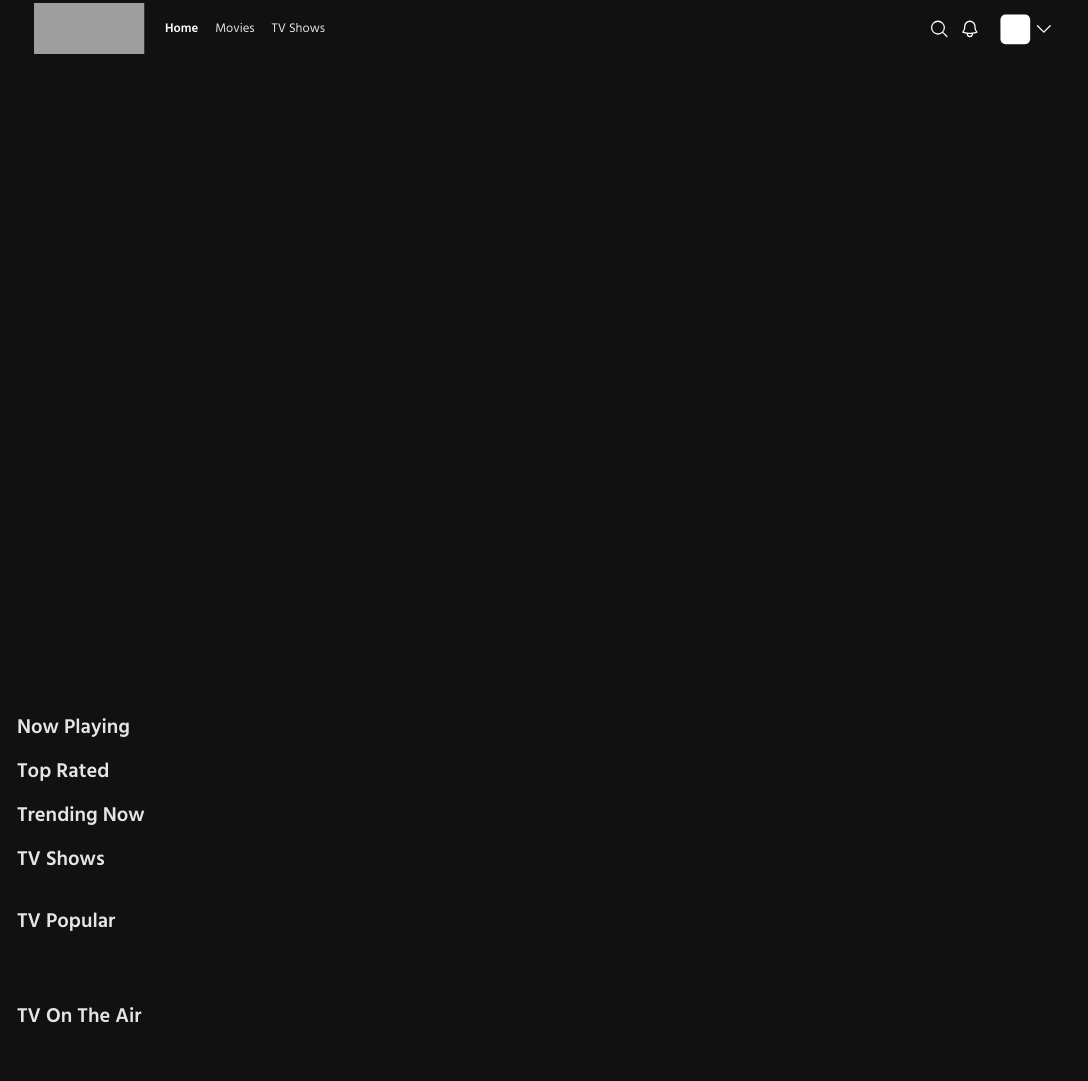
Repository: quynguyenn97/react-movie-app
Page: /
An editor plug-in stored every save of this project. The page is shown before and after the next save, followed by the edit.
The browser window is 1280 px wide. The pictures show the part of the page from y = 0 to 1272 px (the page is 1792 px tall before and 1772 px after), at 85% of full size.
Pictures or frames that could not be fetched are drawn as grey boxes. The page's requests for data from a server got no answer. The project was rebuilt for these pictures with package versions that can differ from the ones it lists, and the page was loaded fresh each time. No one was signed in, and anything a server would have sent is missing. Also part of the build but not shown: src/banner/Banner.scss, src/hook/useDebounce.js, src/components/button/Button.js, src/components/shows/ShowsCard.js, src/pages/ShowPage.js, src/pages/ShowDetailPage.js, src/components/movie/MovieCard.scss.

Above is the page before, as saved 2022-10-19 18:49:14.

### public/index.html
<!DOCTYPE html>
<html lang="en">
    <head>
        <meta charset="utf-8" />
        <link rel="icon" href="%PUBLIC_URL%/favicon.ico" />
        <meta name="viewport" content="width=device-width, initial-scale=1" />
        <meta name="theme-color" content="#000000" />
        <meta
            name="description"
            content="Web site created using create-react-app" />
        <link rel="apple-touch-icon" href="%PUBLIC_URL%/logo192.png" />
        <!--
      manifest.json provides metadata used when your web app is installed on a
      user's mobile device or desktop. See https://developers.google.com/web/fundamentals/web-app-manifest/
    -->
        <link rel="manifest" href="%PUBLIC_URL%/manifest.json" />
        <!--
      Notice the use of %PUBLIC_URL% in the tags above.
      It will be replaced with the URL of the `public` folder during the build.
      Only files inside the `public` folder can be referenced from the HTML.

      Unlike "/favicon.ico" or "favicon.ico", "%PUBLIC_URL%/favicon.ico" will
      work correctly both with client-side routing and a non-root public URL.
      Learn how to configure a non-root public URL by running `npm run build`.
    -->
        <link rel="preconnect" href="https://fonts.googleapis.com" />
        <link rel="preconnect" href="https://fonts.gstatic.com" crossorigin />
        <link
            href="https://fonts.googleapis.com/css2?family=Hind:wght@400;500;600&display=swap"
            rel="stylesheet" />
        <title>React App</title>
    </head>
    <body>
        <noscript>You need to enable JavaScript to run this app.</noscript>
        <div id="root"></div>
        <!--
      This HTML file is a template.
      If you open it directly in the browser, you will see an empty page.

      You can add webfonts, meta tags, or analytics to this file.
      The build step will place the bundled scripts into the <body> tag.

      To begin the development, run `npm start` or `yarn start`.
      To create a production bundle, use `npm run build` or `yarn build`.
    --></body>
</html>

### src/index.js
import React from "react";
import ReactDOM from "react-dom/client";
import "./index.scss";
import App from "./App";
import reportWebVitals from "./reportWebVitals";
import { BrowserRouter } from "react-router-dom";

const root = ReactDOM.createRoot(document.getElementById("root"));
root.render(
    <BrowserRouter>
        <React.StrictMode>
            <App />
        </React.StrictMode>
    </BrowserRouter>
);

// If you want to start measuring performance in your app, pass a function
// to log results (for example: reportWebVitals(console.log))
// or send to an analytics endpoint. Learn more: https://bit.ly/CRA-vitals
reportWebVitals();

### src/index.scss
@tailwind base;
@tailwind components;
@tailwind utilities;

@layer base {
    body {
        @apply bg-[#111111] font-body   text-white;
    }
}
@layer components {
    .page-container {
        max-width: 1280px;
        @apply mx-auto;
    }
    .movie-list .swiper-slide {
        width: 300px;
        height: auto;
    }
    .banner .swiper {
        height: 100%;
    }
    .btn {
        box-shadow: 0 0 3px 3px rgba(#fc2872, 0.3);
    }
    .btn-custom {
        background: linear-gradient(107.61deg, #00a7b4 15.59%, #a4d96c 87.25%);
        border-radius: 8px;
        box-shadow: 0 0 3px 3px rgba(#a4d96c, 0.3);
    }
    .contact :hover {
        color: #a4d96c;
    }
}
.pagination {
    display: none;
}
.skeleton {
    background-color: #eee;
    background-image: linear-gradient(
        110deg,
        #ececec 8%,
        #f5f5f5 18%,
        #ececec 33%
    );
    background-size: 200% 100%;
    animation: 1.5s shine linear infinite;
}

@keyframes shine {
    to {
        background-position-x: -200%;
    }
}
@media (min-width: 640px) {
    .pagination {
        display: flex;
        align-items: center;
        justify-content: center;
        gap: 20px;
        .selected {
            @apply text-primary;
        }
    }
}

### src/App.js
import { Fragment, lazy, Suspense } from "react";
import Banner from "./banner/Banner";
import "swiper/scss";
import "swiper/css/autoplay";
import { Route, Routes } from "react-router-dom";
import Main from "./layout/Main";
import ShowPage from "./pages/ShowPage";
import ShowDetailsPage from "./pages/ShowDetailPage";
const HomePage = lazy(() => import("./pages/HomePage"));
const MovieDetailsPage = lazy(() => import("./pages/MovieDetailsPage"));
const MoviePage = lazy(() => import("./pages/MoviePage"));

function App() {
    return (
        <Fragment>
            <Suspense fallback={<></>}>
                <Routes>
                    <Route element={<Main></Main>}>
                        <Route
                            path="/"
                            element={
                                <>
                                    <Banner></Banner>
                                    <HomePage></HomePage>
                                </>
                            }></Route>
                        <Route
                            path="/movies"
                            element={<MoviePage></MoviePage>}></Route>
                        <Route
                            path="/movie/:movieId"
                            element={
                                <MovieDetailsPage></MovieDetailsPage>
                            }></Route>
                        <Route
                            path="/shows"
                            element={<ShowPage></ShowPage>}></Route>
                        <Route
                            path="/show/:showId"
                            element={
                                <ShowDetailsPage></ShowDetailsPage>
                            }></Route>
                    </Route>
                </Routes>
            </Suspense>
        </Fragment>
    );
}

export default App;

### src/layout/Main.js
import React, { Fragment } from "react";
import Header from "./Header";
import { Outlet } from "react-router-dom";
const Main = () => {
    return (
        <Fragment>
            <Header></Header>
            <Outlet></Outlet>
        </Fragment>
    );
};

export default Main;

### src/pages/HomePage.js
import React, { Fragment } from "react";
import MovieList from "../components/movie/MovieList";
import ShowsList from "../components/shows/ShowsList";
import Footer from "../layout/Footer";
const HomePage = () => {
    return (
        <Fragment>
            <section className="movies-layout px-5 pb-5">
                <h2 className="text-[#e5e5e5] capitalize text-2xl  sm:text-2xl font-bold">
                    Now playing
                </h2>
                <MovieList></MovieList>
                <div className="movie-list grid grid-cols-4 gap-10 px-5"></div>
            </section>
            <section className="movies-layout px-5 pb-5">
                <h2 className="text-[#e5e5e5] capitalize  text-2xl sm:text-2xl font-bold">
                    Top Rated
                </h2>
                <MovieList type="top_rated"></MovieList>
            </section>
            <section className="movies-layout px-5 pb-5">
                <h2 className="text-[#e5e5e5] capitalize text-2xl sm:text-2xl font-bold">
                    Trending Now
                </h2>
                <MovieList type="popular"></MovieList>
            </section>

            <section className="movies-layout px-5 pb-10">
                <h2 className="text-[#e5e5e5] capitalizetext-2xl sm:text-2xl font-bold">
                    TV Shows
                </h2>
                <ShowsList></ShowsList>
            </section>
            <section className="movies-layout px-5 pb-20">
                <h2 className="text-[#e5e5e5] capitalize text-2xl sm:text-2xl font-bold">
                    TV Popular
                </h2>
                <ShowsList type="popular"></ShowsList>
            </section>
            <section className="movies-layout px-5 pb-20">
                <h2 className="text-[#e5e5e5] capitalize text-2xl sm:text-2xl font-bold">
                    TV On The Air
                </h2>
                <ShowsList type="on_the_air"></ShowsList>
            </section>
            <Footer />
        </Fragment>
    );
};

export default HomePage;

### src/config.js
export const fetcher = (...args) => fetch(...args).then((res) => res.json());
export const apiKey = "5b6bd71d2eb24fb649d55629a64802ff";
const tmdbEndpoint = "https://api.themoviedb.org/3/movie";
const tmdbEndpointTV = "https://api.themoviedb.org/3/tv";
const tmdbEndpointSearch = "https://api.themoviedb.org/3/search/movie";
const tmdbEndpointSearchTV = "https://api.themoviedb.org/3/search/tv";
export const tmdbAPI = {
    getMovieList: (type, page = 2) =>
        `${tmdbEndpoint}/${type}?api_key=${apiKey}&page=${page}`,
    getMovieDetails: (movieId) =>
        `${tmdbEndpoint}/${movieId}?api_key=${apiKey}`,
    getMovieMeta: (movieId, type) =>
        `${tmdbEndpoint}/${movieId}/${type}?api_key=${apiKey}`,
    getMovieSearch: (query, page) =>
        `${tmdbEndpointSearch}?api_key=${apiKey}&query=${query}&page=${page}`,
    getTVList: (type, page = 1) =>
        `${tmdbEndpointTV}/${type}?api_key=${apiKey}&page=${page}`,
    getTVSearch: (query, page) =>
        `${tmdbEndpointSearchTV}?api_key=${apiKey}&query=${query}&page=${page}`,
    getTVDetails: (showId) => `${tmdbEndpointTV}/${showId}?api_key=${apiKey}`,
    getTVMeta: (showId, type) =>
        `${tmdbEndpointTV}/${showId}/${type}?api_key=${apiKey}`,

    imageOriginal: (url) => `https://image.tmdb.org/t/p/original/${url}`,
    image500: (url) => `https://image.tmdb.org/t/p/w500/${url}`,
};

### src/components/movie/MovieList.js
import React, { useEffect, useState } from "react";
import { SwiperSlide, Swiper } from "swiper/react";
import useSWR from "swr";
import { fetcher } from "../../config";
import MovieCard, { MovieCardSkeleton } from "./MovieCard";
import { tmdbAPI } from "../../config";

const MovieList = ({ type = "now_playing" }) => {
    const { data, error } = useSWR(tmdbAPI.getMovieList(type), fetcher);
    const isLoading = !data && !error;
    const movie = data?.results || [];
    return (
        <div className="movie-list">
            {isLoading && (
                <>
                    <Swiper
                        grabCursor={"true"}
                        spaceBetween={40}
                        slidesPerView={"auto"}>
                        <SwiperSlide>
                            <MovieCardSkeleton></MovieCardSkeleton>
                        </SwiperSlide>
                        <SwiperSlide>
                            <MovieCardSkeleton></MovieCardSkeleton>
                        </SwiperSlide>
                        <SwiperSlide>
                            <MovieCardSkeleton></MovieCardSkeleton>
                        </SwiperSlide>
                        <SwiperSlide>
                            <MovieCardSkeleton></MovieCardSkeleton>
                        </SwiperSlide>
                        <SwiperSlide>
                            <MovieCardSkeleton></MovieCardSkeleton>
                        </SwiperSlide>
                    </Swiper>
                </>
            )}
            {!isLoading && (
                <Swiper
                    grabCursor={"true"}
                    spaceBetween={10}
                    slidesPerView={"auto"}>
                    {movie &&
                        movie.length > 0 &&
                        movie.map((item) => {
                            return (
                                <SwiperSlide key={`movie-${item.id}`}>
                                    <MovieCard item={item}></MovieCard>
                                </SwiperSlide>
                            );
                        })}
                </Swiper>
            )}
        </div>
    );
};

export default MovieList;

### src/components/shows/ShowsList.js
import React from "react";
import { SwiperSlide, Swiper } from "swiper/react";
import useSWR from "swr";
import { fetcher } from "../../config";
import { MovieCardSkeleton } from "../movie/MovieCard";
import { tmdbAPI } from "../../config";
import ShowsCard from "./ShowsCard";

const ShowList = ({ type = "top_rated" }) => {
    const { data, error } = useSWR(tmdbAPI.getTVList(type), fetcher);
    const isLoading = !data && !error;
    const show = data?.results || [];
    return (
        <div className="movie-list">
            {isLoading && (
                <>
                    <Swiper
                        grabCursor={"true"}
                        spaceBetween={40}
                        slidesPerView={"auto"}>
                        <SwiperSlide>
                            <MovieCardSkeleton></MovieCardSkeleton>
                        </SwiperSlide>
                        <SwiperSlide>
                            <MovieCardSkeleton></MovieCardSkeleton>
                        </SwiperSlide>
                        <SwiperSlide>
                            <MovieCardSkeleton></MovieCardSkeleton>
                        </SwiperSlide>
                        <SwiperSlide>
                            <MovieCardSkeleton></MovieCardSkeleton>
                        </SwiperSlide>
                        <SwiperSlide>
                            <MovieCardSkeleton></MovieCardSkeleton>
                        </SwiperSlide>
                    </Swiper>
                </>
            )}
            {!isLoading && (
                <Swiper
                    grabCursor={"true"}
                    spaceBetween={40}
                    slidesPerView={"auto"}>
                    {show &&
                        show.length > 0 &&
                        show.map((item) => {
                            return (
                                <SwiperSlide key={`movie-${item.id}`}>
                                    <ShowsCard item={item}></ShowsCard>
                                </SwiperSlide>
                            );
                        })}
                </Swiper>
            )}
        </div>
    );
};

export default ShowList;

### src/layout/Footer.js
import React from "react";

const Footer = () => {
    return (
        <div className="w-full h-[500px] relative">
            <img
                src="https://movie-clone-sigma.vercel.app/static/media/footer-bg.67e95f05e76a8cebf7e2.jpg"
                alt=""
                className="object-cover h-[500px] w-full absolute"
            />
            <h3 className="text-[#fc2872] absolute text-2xl font-bold bottom-[45%] left-[25%] sm:left-[45%] contact">
                <a href="https://www.facebook.com/nguyenhoangtrongquy/">
                    Contact Me
                </a>
            </h3>
        </div>
    );
};

export default Footer;

### src/components/movie/MovieCard.js
import React from "react";
import { useNavigate } from "react-router-dom";
import Button from "../button/Button";
import { tmdbAPI } from "../../config";
import LoadingSkeleton from "../loading/LoadingSkeleton";
import "./MovieCard.scss";
const MovieCard = ({ item }) => {
    const { title, vote_average, release_date, poster_path, id } = item;
    const navigate = useNavigate();
    return (
        <div className="movie-card flex flex-col rounded-3xl pr-5 pt-8 pb-8 bg-[#111111] w-[290px] sm:w-full h-full text-white select-none">
            <img
                src={tmdbAPI.image500(poster_path)}
                alt=""
                className="w-full h-full object-cover rounded-3xl mb-2"
            />
            <div className="content-card">
                <div className="flex flex-col flex-1">
                    <h3 className="text-white font-bold text-lg">{title}</h3>
                    <div className="flex items-center justify-between text-sm  mb-3 text-white font-bold">
                        <span className="opacity-50">
                            {new Date(release_date).getFullYear()}
                        </span>
                        <div className="flex gap-1">
                            <span>
                                <svg
                                    xmlns="http://www.w3.org/2000/svg"
                                    fill="none"
                                    viewBox="0 0 24 24"
                                    strokeWidth="1.5"
                                    stroke="currentColor"
                                    className="w-4 h-4 text-yellow-500">
                                    <path
                                        strokeLinecap="round"
                                        strokeLinejoin="round"
                                        d="M11.48 3.499a.562.562 0 011.04 0l2.125 5.111a.563.563 0 00.475.345l5.518.442c.499.04.701.663.321.988l-4.204 3.602a.563.563 0 00-.182.557l1.285 5.385a.562.562 0 01-.84.61l-4.725-2.885a.563.563 0 00-.586 0L6.982 20.54a.562.562 0 01-.84-.61l1.285-5.386a.562.562 0 00-.182-.557l-4.204-3.602a.563.563 0 01.321-.988l5.518-.442a.563.563 0 00.475-.345L11.48 3.5z"
                                    />
                                </svg>
                            </span>
                            <span className="text-yellow-500">
                                {Math.ceil(vote_average)}
                            </span>
                        </div>
                    </div>
                    <Button
                        bgColor="primary"
                        className="btn-card"
                        onClick={() => navigate(`/movie/${id}`)}>
                        Watch now
                    </Button>
                </div>
            </div>
        </div>
    );
};
export default MovieCard;
export const MovieCardSkeleton = () => {
    return (
        <div className="movie-card flex flex-col rounded-lg p-3 bg-slate-800 text-white h-full select-none">
            <LoadingSkeleton
                width="100%"
                height="250px"
                radius="8px"
                className="mb-5"></LoadingSkeleton>
            <div className="flex flex-col flex-1">
                <h3 className="text-xl font-bold mb-3">
                    <LoadingSkeleton
                        width="100%"
                        height="20px"></LoadingSkeleton>
                </h3>
                <div className="flex items-center justify-between text-sm opacity-50 mb-10">
                    <span>
                        <LoadingSkeleton
                            width="50px"
                            height="10px"></LoadingSkeleton>
                    </span>
                    <span>
                        <LoadingSkeleton
                            width="30px"
                            height="10px"></LoadingSkeleton>
                    </span>
                </div>
                <LoadingSkeleton
                    width="100%"
                    height="45px"
                    radius="6px"></LoadingSkeleton>
            </div>
        </div>
    );
};

### src/layout/Header.scss
.navbar active {
    background-color: white;
}
.left-input {
    font-size: 15px;
    border: none;
    color: #fff;
    outline: none;
    width: 0px;
    padding: 5px;
    background: #111111;
    border: 1px solid #fff;
    transition: width 0.5s;
    cursor: pointer;
    opacity: 0;
    z-index: 10;

    &:focus {
        padding-left: 15px;
        width: 250px;
        cursor: text;
        opacity: 1;
        padding-left: 30px;
        z-index: -1;
    }
}
.logo {
    cursor: pointer;
}
.search {
    top: 5px;
    cursor: pointer;
}

### src/components/loading/LoadingSkeleton.js
import React from "react";

const LoadingSkeleton = (props) => {
    return (
        <div
            className={`skeleton ${props.className}`}
            style={{
                height: props.height,
                width: props.width || "100%",
                borderRadius: props.radius,
            }}></div>
    );
};

export default LoadingSkeleton;

### tailwind.config.js
/** @type {import('tailwindcss').Config} */
module.exports = {
    content: ["./src/**/*.{js,jsx,ts,tsx}"],
    theme: {
        extend: {
            fontFamily: {
                body: ["Hind", "sans-serif"],
            },
            colors: {
                primary: "#FC2872",
                secondary: "#6F5CF1",
            },
        },
    },
    plugins: [],
};

Loaded but not shown: src/reportWebVitals.js (common file); src/layout/Header.js (121 lines, source omitted); src/banner/Banner.js (105 lines, source omitted)

After the next save:
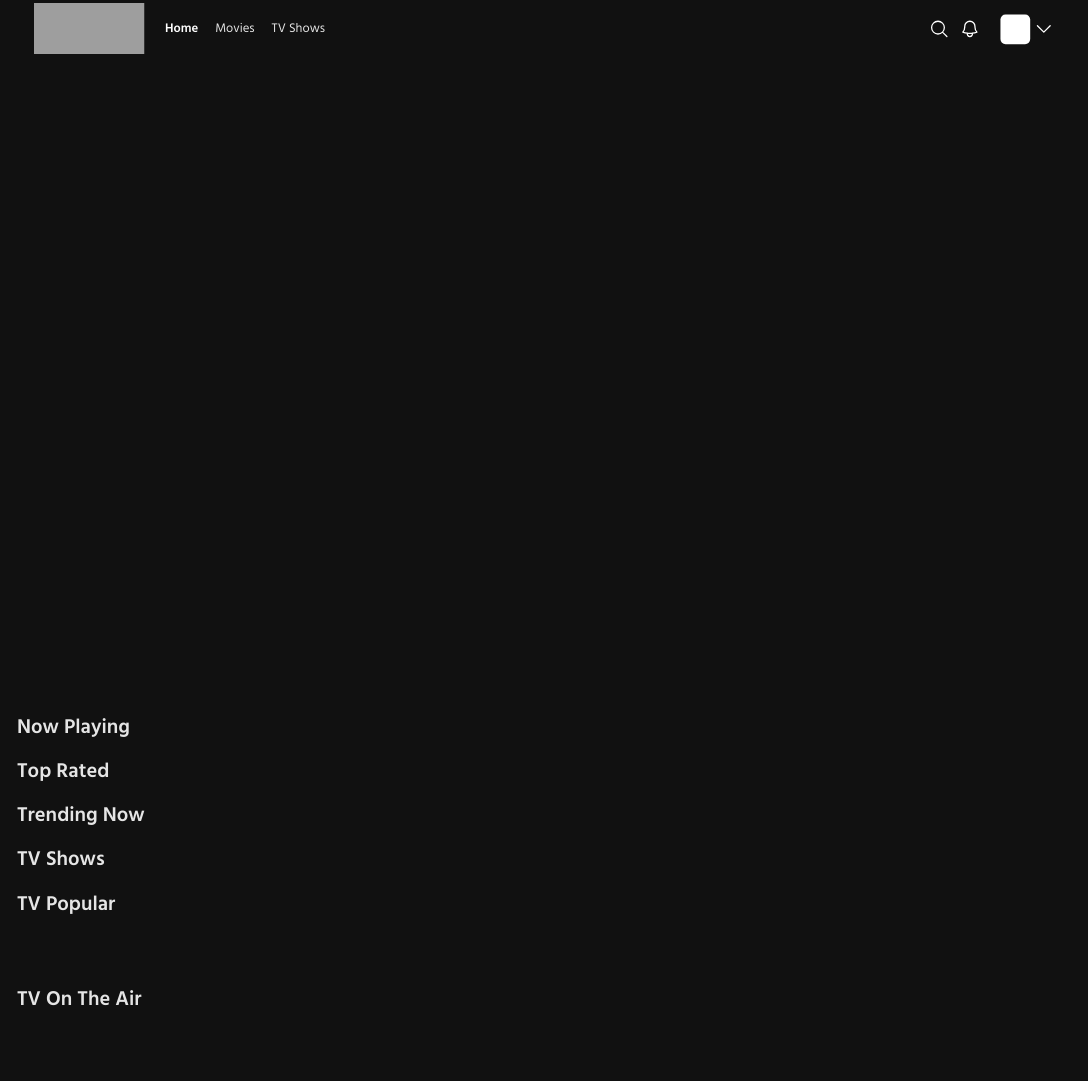
Saved 5 s later.
--- a/src/pages/HomePage.js
+++ b/src/pages/HomePage.js
@@ -25,7 +25,7 @@ const HomePage = () => {
                 <MovieList type="popular"></MovieList>
             </section>
 
-            <section className="movies-layout px-5 pb-10">
+            <section className="movies-layout px-5 pb-5">
                 <h2 className="text-[#e5e5e5] capitalizetext-2xl sm:text-2xl font-bold">
                     TV Shows
                 </h2>
